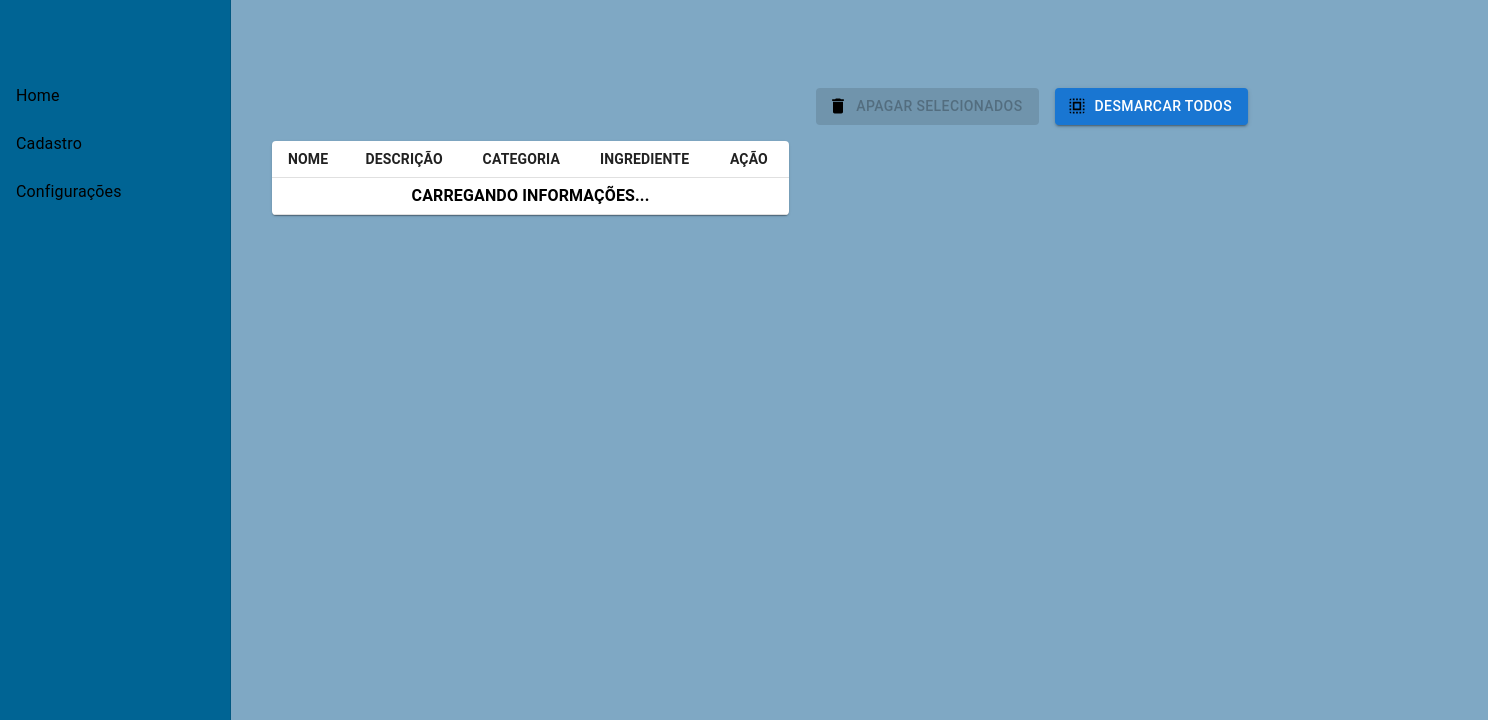
Repository: oZanella/projeto_windel_web_CRM
Page: /
The author's editor kept a copy of each file at every save. The page is drawn from the files as they stood at one save, then again after the next save.
The browser window is 1280 px wide. The page is 1280 px wide, then 1488 px, so the pictures cover 1488 px, including what lies to the right of the window. The pictures show the whole page.
The page's requests for data from a server got no answer. The project was rebuilt for these pictures with package versions that can differ from the ones it lists, and the page was loaded fresh each time. No one was signed in, and anything a server would have sent is missing. Also part of the build but not shown: vite.config.js, src/routes/Configuracoes.jsx. Imported but missing from the stored project, and not drawn on this page: src/routes/Cadastro.jsx.

Above is the page before, as saved 2024-08-19 08:46:31.

### index.html
<!doctype html>
<html lang="en">

<head>
  <meta charset="UTF-8" />
  <link rel="icon" type="image/svg+xml" href="./src/image/LogoWindel.svg" />
  <link rel="stylesheet" href="src/style/GlobalStyles.css" />
  <link href="https://fonts.googleapis.com/css2?family=Playfair+Display&display=swap" rel="stylesheet">

  <meta name="viewport" content="width=device-width, initial-scale=1.0" />
  <title>Projeto Teste - CRM </title>
</head>

<body>
  <div id="root"></div>
  <script type="module" src="/src/main.jsx"></script>
</body>

</html>

### src/style/GlobalStyles.css
:root {
  --click: #7fa8c4;
  --primary: #E8F1F2;
  --darkblue: #13293D;
  --secondary: #000000;
  --ligthblue: #1b98e0;
  --animation: #006494;
  --ligthkgrey: #D3D3D3;
  --blueceledron: #247ba0;
  --delete: #FF0000;
}

* {
    color: var(--secondary);
}

body {
  background-color: var(--click);
}

### src/main.jsx
import { createBrowserRouter, RouterProvider, Navigate } from "react-router-dom"
import { createRoot } from 'react-dom/client'
import { StrictMode } from 'react'
import { App } from './App.jsx'

import './style/GlobalStyles.css'

//páginas do projeto
import { Cadastro } from './routes/Cadastro.jsx'
import { Home } from './routes/Home.jsx'
import { Configuracoes } from './routes/configuracoes.jsx'

const router = createBrowserRouter([
  {
    element: <App />,
    children: [
      {
        path: '/',
        element: <Navigate to="/home" replace />,
      },
      {
        path: '/home',
        element: <Home />,
      },
      {
        path: '/cadastro',
        element: <Cadastro />,
      },
      {
        path: '/configuracoes',
        element: <Configuracoes />,
      },
    ],
  },
])

createRoot(document.getElementById('root')).render(
  <StrictMode>
    <RouterProvider router={router} />
  </StrictMode>,
)

### src/App.jsx
import { Header } from './components/Header'
import { Outlet } from 'react-router-dom'
import { Box } from '@mui/material'
import './style/GlobalStyles.css'

export function App() {
  return (
    <Box sx={{ p: { xs: 2, sm: 3 }, marginTop: { xs: 8, sm: 8 } }}>
      <Header />
      <Box>
        <Outlet />
      </Box>
    </Box>
  );
}

### src/routes/Home.jsx
import React, { useEffect, useState } from 'react';
import { Box, TextField, Button, Dialog, DialogActions, DialogContent, DialogTitle, Select, MenuItem, FormControl, InputLabel } from '@mui/material';

import { handleShowDetails, handleEdit, handleSave, handleInputChange } from '../components/Handle';
import { CardDados } from '../components/TableHome';

import { blogFetch } from '../axios/config';


export const Home = () => {
  const [posts, setPosts] = useState([]);
  const [selectInfo, setSelectInfo] = useState(null);
  const [modeEdit, setModeEdit] = useState(null);
  const [dataEdit, setDataEdit] = useState({});
  const [openAddDialog, setOpenAddDialog] = useState(false);
  const [newPost, setNewPost] = useState({ name: '', description: '', category: '' });

  const getPosts = async () => {
    try {
      const response = await blogFetch.get("/recipe");
      const uniqueData = response.data.filter((value, index, self) =>
        index === self.findIndex((t) => t.id === value.id)
      );
      setPosts(uniqueData); // Garante que não tenha dados duplicados
    } catch (error) {
      console.log(error);
    }
  };

  useEffect(() => {
    getPosts();
  }, []);

  const handleDelete = async (postId) => {
    try {
      await blogFetch.delete(`/recipe/${postId}`);
      setPosts(posts.filter(post => post.id !== postId));
      console.log('Post deletado com sucesso');
    } catch (error) {
      console.error('Erro ao deletar o post', error);
    }
  };

  const handleAddOpen = () => setOpenAddDialog(true);
  const handleAddClose = () => setOpenAddDialog(false);

  {/* API para envio do novo registro*/ }
  const handleAdd = async () => {
    try {
      const newPostFormatted = {
        name: newPost.name,
        description: newPost.description,
        ingredients: [],
        category: newPost.category,
        isFavorite: newPost.isFavorite
      };

      const response = await blogFetch.post("/recipe", newPostFormatted);
      setPosts([...posts, response.data]);
      setNewPost({ name: '', description: '', category: '', isFavorite: false });
      handleAddClose();
      console.log('Post adicionado com sucesso');
    } catch (error) {
      console.error('Erro ao adicionar o post', error);
    }
  };

  return (
    <Box>
      {/* Dados para Adicionar Novo Registro */}
      <Dialog open={openAddDialog} onClose={handleAddClose}>
        <DialogTitle>Adicionar Novo Registro</DialogTitle>
        <DialogContent>
          <TextField
            name="name"
            label="Nome"
            value={newPost.name}
            onChange={(e) => setNewPost({ ...newPost, name: e.target.value })}
            fullWidth
            sx={{ marginBottom: 2 }}
          />
          <TextField
            name="description"
            label="Descrição"
            value={newPost.description}
            onChange={(e) => setNewPost({ ...newPost, description: e.target.value })}
            fullWidth
            sx={{ marginBottom: 2 }}
          />
          <TextField
            name="category"
            label="Categoria"
            value={newPost.category}
            onChange={(e) => setNewPost({ ...newPost, category: e.target.value })}
            fullWidth
            sx={{ marginBottom: 2 }}
          />
          <FormControl fullWidth sx={{ marginBottom: 2 }}>
            <InputLabel>Favorito</InputLabel>
            <Select
              name="isFavorite"
              value={newPost.isFavorite}
              onChange={(e) => setNewPost({ ...newPost, isFavorite: e.target.value })}
              label="Favorito"
            >
              <MenuItem value={true}>Sim</MenuItem>
              <MenuItem value={false}>Não</MenuItem>

            </Select>
          </FormControl>
        </DialogContent>
        <DialogActions>
          <Button onClick={handleAddClose}>Cancelar</Button>
          <Button onClick={handleAdd}>Adicionar</Button>
        </DialogActions>
      </Dialog>

      <CardDados
        posts={posts}
        handleDelete={handleDelete}
        handleEdit={handleEdit}
        handleSave={handleSave}
        modeEdit={modeEdit}
        setModeEdit={setModeEdit}
        dataEdit={dataEdit}
        setDataEdit={setDataEdit}
        handleInputChange={handleInputChange}
        selectInfo={selectInfo}
        setSelectInfo={setSelectInfo}
        handleShowDetails={handleShowDetails}
      />
    </Box>
  );
};

### src/components/Header.jsx
import { AppBar, Toolbar, Typography, Box, Button, IconButton, Drawer, List, ListItem, ListItemText } from '@mui/material';
import MenuIcon from '@mui/icons-material/Menu';
import Logo from '../image/LogoWindel.svg';
import { Link } from 'react-router-dom';
import React, { useState } from 'react';

export const Header = () => {
  const [isDrawerOpen, setIsDrawerOpen] = useState(false);

  const toggleDrawer = (open) => () => {
    setIsDrawerOpen(open);
  };

  const menuItems = [
    { text: 'Home', link: '/home' },
    { text: 'Cadastro', link: '/cadastro' },
    { text: 'Configurações', link: '/configuracoes' },
  ];

  return (
    <>

      <AppBar
        position="fixed"
        sx={{
          display: { xs: 'flex', sm: 'none' },
          width: '100%',
          boxShadow: '0px 0.01px 11px var(--secondary)',
          top: 0,
          left: 0,
          backgroundColor: 'var(--darkblue)',
        }}
      >
        <Toolbar
          sx={{
            display: 'flex',
            justifyContent: 'space-between',
          }}
        >
          <IconButton
            edge="start"
            color="inherit"
            aria-label="menu"
            onClick={toggleDrawer(true)}
          >
            <MenuIcon />

          </IconButton>
          <Typography variant="h6" sx={{ flexGrow: 1 }}>
            Cooking Cake
          </Typography>

          <IconButton
            to={`/home`}
            sx={{
              cursor: 'default',
            }}
            component={Link}
            aria-label="logo"
          >
            <img src={Logo} alt="Logo" style={{ width: '50px', height: '40px' }} />
          </IconButton>
        </Toolbar>
      </AppBar>


      <Drawer
        anchor="left"
        open={isDrawerOpen}
        onClose={toggleDrawer(false)}
        sx={{
          display: { xs: 'block', sm: 'none' },
          '& .MuiDrawer-paper': {
            width: 240,
            backgroundColor: 'var(--darkblue)',
          },
        }}
      >
        <List>
          {menuItems.map((item) => (
            <ListItem key={item.text} component={Link} to={item.link} onClick={toggleDrawer(false)}>
              <ListItemText primary={item.text} />
            </ListItem>
          ))}
        </List>
      </Drawer>


      <Drawer
        variant="permanent"
        sx={{
          display: { xs: 'none', sm: 'block' },
          '& .MuiDrawer-paper': {
            width: 230,
            backgroundColor: 'var(--animation)',
          },
        }}
        open
      >
        <Toolbar />
        <Box sx={{ overflow: 'auto' }}>
          <List>
            {menuItems.map((item) => (
              <ListItem key={item.text} component={Link} to={item.link}>
                <ListItemText primary={item.text} />
              </ListItem>
            ))}
          </List>
        </Box>
      </Drawer>

      {/* Area do main */}
      <Box
        component="main"
        sx={{

                }}
      >

      </Box>
    </>
  );
};

### src/components/Handle.jsx

import { blogFetch } from '../axios/config';


export const handleShowDetails = (post, setSelectInfo, selectInfo) => {
  if (selectInfo?.id === post.id) {
    setSelectInfo(null); // Fecha se já estiver aberto
  } else {
    setSelectInfo(post); // Abre o post atual
  }
};

export const handleEdit = (post, setModeEdit, setDataEdit) => {
  setModeEdit(post.id);
  setDataEdit(post);
};

//continua com erro, verificar!!
export const handleSave = async (postId, updateData) => {
  try {
    // Envie uma requisição PUT ou POST para salvar os dados atualizados
    const response = await blogFetch.put(`/blogFetch/posts/${postId}`, updateData);
    console.log('Dados salvos com sucesso', response.data);

  } catch (error) {
    console.error('Erro de API', error);
  }
};

export const handleInputChange = (e, setDataEdit) => {
  setDataEdit(prevDataEdit => ({ ...prevDataEdit, [e.target.name]: e.target.value }));
};

### src/components/TableHome.jsx
import React, { useState, useEffect } from 'react';
import {
  Table, TableBody, TableCell, TableContainer, TableHead, TableRow, Typography, Box, Button, IconButton, TextField, Dialog, DialogContent, DialogActions, FormControlLabel, Switch, Chip, Paper, Checkbox
} from '@mui/material';
import EditIcon from '@mui/icons-material/Edit';
import SaveIcon from '@mui/icons-material/Save';
import AddIcon from '@mui/icons-material/Add';
import CloseIcon from '@mui/icons-material/Close';
import DeleteIcon from '@mui/icons-material/Delete';
import SelectAllIcon from '@mui/icons-material/SelectAll';
import axios from 'axios';

const API_BASE_URL = 'https://teste-tecnico-front-api.up.railway.app';

export const CardDados = ({
  posts, setPosts, handleDelete
}) => {
  const [openModal, setOpenModal] = useState(false);
  const [currentPost, setCurrentPost] = useState(null);
  const [dataEdit, setDataEdit] = useState({});
  const [newIngredient, setNewIngredient] = useState('');
  const [selectedPosts, setSelectedPosts] = useState([]);

  useEffect(() => {
    if (currentPost) {
      setDataEdit({ ...currentPost });
    }
  }, [currentPost]);

  const handleEditOpen = (post) => {
    setCurrentPost(post);
    setOpenModal(true);
  };

  const handleEditClose = () => {
    setOpenModal(false);
    setCurrentPost(null);
    setNewIngredient('');
  };

  const handleSaveModal = async () => {
    if (currentPost) {
      try {
        await axios.put(`${API_BASE_URL}/posts/${currentPost.id}`, dataEdit);
        const response = await axios.get(`${API_BASE_URL}/posts`);
        setPosts(response.data);
        handleEditClose();
      } catch (error) {
        console.error('Error ao salvar:', error);
      }
    }
  };

  const handleAddIngredient = () => {
    if (newIngredient.trim() !== '') {
      setDataEdit((prevData) => ({
        ...prevData,
        ingredients: [...(prevData.ingredients || []), newIngredient.trim()],
      }));
      setNewIngredient('');
    }
  };

  const handleRemoveIngredient = (ingredientToRemove) => {
    setDataEdit((prevData) => ({
      ...prevData,
      ingredients: (prevData.ingredients || []).filter((ingredient) => ingredient !== ingredientToRemove),
    }));
  };

  const handleSelectAll = () => {
    if (selectedPosts.length === posts.length) {
      setSelectedPosts([]);
    } else {
      setSelectedPosts(posts.map(post => post.id));
    }
  };

  const handleDeleteSelected = async () => {
    try {
      await Promise.all(selectedPosts.map(id => axios.delete(`${API_BASE_URL}/posts/${id}`)));
      const response = await axios.get(`${API_BASE_URL}/posts`);
      setPosts(response.data);
      setSelectedPosts([]);
    } catch (error) {
      console.error('Error ao apagar os registros:', error);
    }
  };

  const handleSelectPost = (id) => {
    setSelectedPosts(prevSelected =>
      prevSelected.includes(id)
        ? prevSelected.filter(postId => postId !== id)
        : [...prevSelected, id]
    );
  };

  return (
    <>
      <Box sx={{ display: 'flex', justifyContent: 'flex-end', mb: 2 }}>
        <Button
          variant="contained"
          color="error"
          startIcon={<DeleteIcon />}
          onClick={handleDeleteSelected}
          disabled={selectedPosts.length === 0}
          sx={{ marginRight: 2 }}
        >
          Apagar Selecionados
        </Button>
        <Button
          variant="contained"
          color="primary"
          startIcon={<SelectAllIcon />}
          onClick={handleSelectAll}
        >
          {selectedPosts.length === posts.length ? 'Desmarcar Todos' : 'Selecionar Todos'}
        </Button>
      </Box>

      {/* Tabela aonde aparece os dados */}
      <TableContainer component={Paper} sx={{ overflowX: 'auto', width: { xs: '100%', sm: 'calc(100% - 699px)' }, ml: { sm: '240px' } }}>
        <Table size='small'>
          <TableHead>
            <TableRow>
              <TableCell sx={{ fontWeight: 'bold', textTransform: 'uppercase' }}>Nome</TableCell>
              <TableCell sx={{ fontWeight: 'bold', textTransform: 'uppercase' }}>Descrição</TableCell>
              <TableCell sx={{ fontWeight: 'bold', textTransform: 'uppercase' }}>Categoria</TableCell>
              <TableCell sx={{ fontWeight: 'bold', textTransform: 'uppercase' }}>Ingrediente</TableCell>
              <TableCell sx={{ fontWeight: 'bold', textTransform: 'uppercase' }}>Ação</TableCell>
            </TableRow>
          </TableHead>
          <TableBody>
            {posts.length === 0 ? (
              <TableRow>
                <TableCell colSpan={5} align="center">
                  <Typography variant="body1" sx={{ fontWeight: 'bold', textTransform: 'uppercase' }}>Carregando informações...</Typography>
                </TableCell>
              </TableRow>
            ) : (
              posts.map((post) => (
                <TableRow sx={{ height: 'auto' }} key={post.id}>
                  <TableCell sx={{ padding: '8px' }}>
                    {post.name}
                  </TableCell>
                  <TableCell sx={{ padding: '8px' }}>{post.description}</TableCell>
                  <TableCell sx={{ padding: '8px' }}>{post.category}</TableCell>

                  <TableCell sx={{ padding: '8px' }}>
                    <Box sx={{
                      display: 'flex',
                      flexWrap: 'wrap',
                      overflowX: 'auto',
                      gap: 1,
                      width: '100%',
                    }}>
                      {post.ingredients && post.ingredients.length > 0 ? (
                        post.ingredients.map((ingredient) => (
                          <Box
                            key={ingredient.id}
                            sx={{
                              display: 'flex',
                              flexDirection: 'column',
                              alignItems: 'flex-start',
                              marginRight: 1,
                              marginBottom: 1,
                            }}
                          >
                            <Typography variant="body1">{ingredient.name}</Typography>
                            <Typography variant="body2" color="textSecondary">
                              Quantidade: {ingredient.quantity}
                            </Typography>
                          </Box>
                        ))
                      ) : (
                        <Typography variant="body2">Nenhum ingrediente disponível</Typography>
                      )}
                    </Box>
                  </TableCell>

                  <TableCell>
                    <Box sx={{ display: 'flex', alignItems: 'center' }}>
                      <Checkbox
                        checked={selectedPosts.includes(post.id)}
                        onChange={() => handleSelectPost(post.id)}
                        color="primary"
                      />
                      <IconButton
                        color="primary"
                        onClick={() => handleEditOpen(post)}
                        sx={{ mr: 1 }}
                      >
                        <EditIcon />
                      </IconButton>
                      <IconButton
                        color="error"
                        onClick={() => handleDelete(post.id)}
                      >
                        <DeleteIcon />
                      </IconButton>
                    </Box>
                  </TableCell>
                </TableRow>
              ))
            )}
          </TableBody>
        </Table>
      </TableContainer>

      {/* Modal de edição */}
      <Dialog open={openModal} onClose={handleEditClose} fullWidth maxWidth="sm">
        <DialogContent>
          {currentPost && (
            <Box component="form" sx={{ display: 'flex', flexDirection: 'column', gap: 2 }}>
              <TextField
                name="name"
                label="Nome"
                value={dataEdit.name || ''}
                onChange={(e) => setDataEdit({ ...dataEdit, name: e.target.value })}
                fullWidth
                sx={{ marginBottom: 2 }}
              />
              <TextField
                name="description"
                label="Descrição"
                value={dataEdit.description || ''}
                onChange={(e) => setDataEdit({ ...dataEdit, description: e.target.value })}
                fullWidth
                sx={{ marginBottom: 2 }}
              />
              <TextField
                name="category"
                label="Categoria"
                value={dataEdit.category || ''}
                onChange={(e) => setDataEdit({ ...dataEdit, category: e.target.value })}
                fullWidth
                sx={{ marginBottom: 2 }}
              />
              <FormControlLabel
                control={
                  <Switch
                    checked={dataEdit.isFavorite || false}
                    onChange={(e) => setDataEdit({ ...dataEdit, isFavorite: e.target.checked })}
                    color="primary"
                  />
                }
                label="Favorito"
              />
              <Box sx={{ display: 'flex', gap: 2 }}>
                <TextField
                  label="Novo Ingrediente"
                  value={newIngredient}
                  onChange={(e) => setNewIngredient(e.target.value)}
                  fullWidth
                  sx={{ marginBottom: 2 }}
                />
                <IconButton
                  color="primary"
                  onClick={handleAddIngredient}
                  disabled={!newIngredient.trim()}
                  sx={{ marginBottom: 2 }}
                >
                  <AddIcon />
                </IconButton>
              </Box>

              {dataEdit.ingredients && dataEdit.ingredients.length > 0 && (
                <Box sx={{ display: 'flex', flexWrap: 'wrap', gap: 1 }}>
                  {dataEdit.ingredients.map((ingredient, index) => (
                    <Chip
                      key={index}
                      label={ingredient}
                      onDelete={() => handleRemoveIngredient(ingredient)}
                      sx={{ marginBottom: 2 }}
                    />
                  ))}
                </Box>
              )}
            </Box>
          )}
        </DialogContent>
        <DialogActions>
          <Button onClick={handleEditClose} color="secondary" startIcon={<CloseIcon />}>
            Cancelar
          </Button>
          <Button onClick={handleSaveModal} color="primary" startIcon={<SaveIcon />}>
            Salvar
          </Button>
        </DialogActions>
      </Dialog>
    </>
  );
};

### src/axios/config.jsx
// src/axios/config.js
import axios from 'axios';

export const blogFetch = axios.create({
  baseURL: 'https://teste-tecnico-front-api.up.railway.app',
  headers: {
    'Content-Type': 'application/json',
  },
});

After the next save:
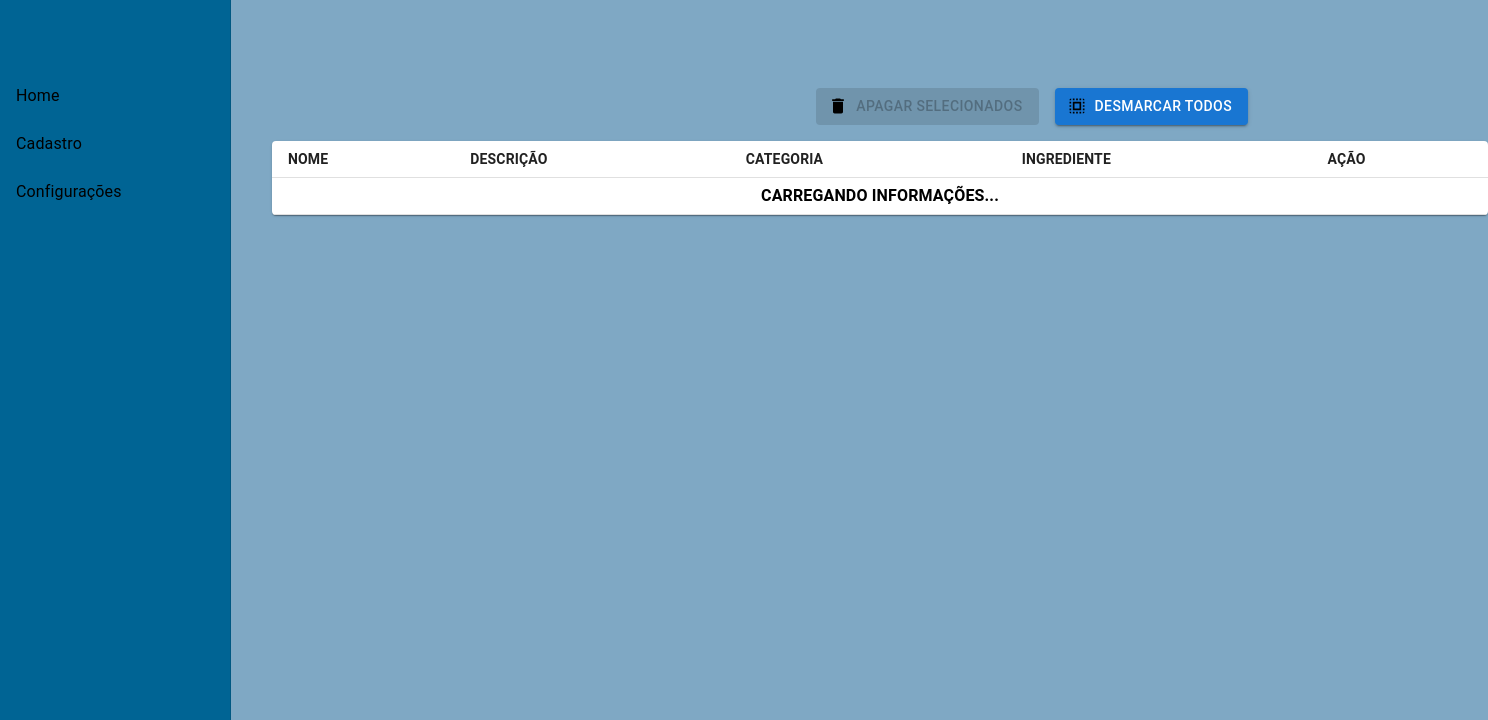
Saved 4 s later.
--- a/src/components/TableHome.jsx
+++ b/src/components/TableHome.jsx
@@ -119,7 +119,7 @@ export const CardDados = ({
       </Box>
 
       {/* Tabela aonde aparece os dados */}
-      <TableContainer component={Paper} sx={{ overflowX: 'auto', width: { xs: '100%', sm: 'calc(100% - 699px)' }, ml: { sm: '240px' } }}>
+      <TableContainer component={Paper} sx={{ overflowX: 'auto', width: { xs: '100%', sm: 'calc(100% - px)' }, ml: { sm: '240px' } }}>
         <Table size='small'>
           <TableHead>
             <TableRow>
